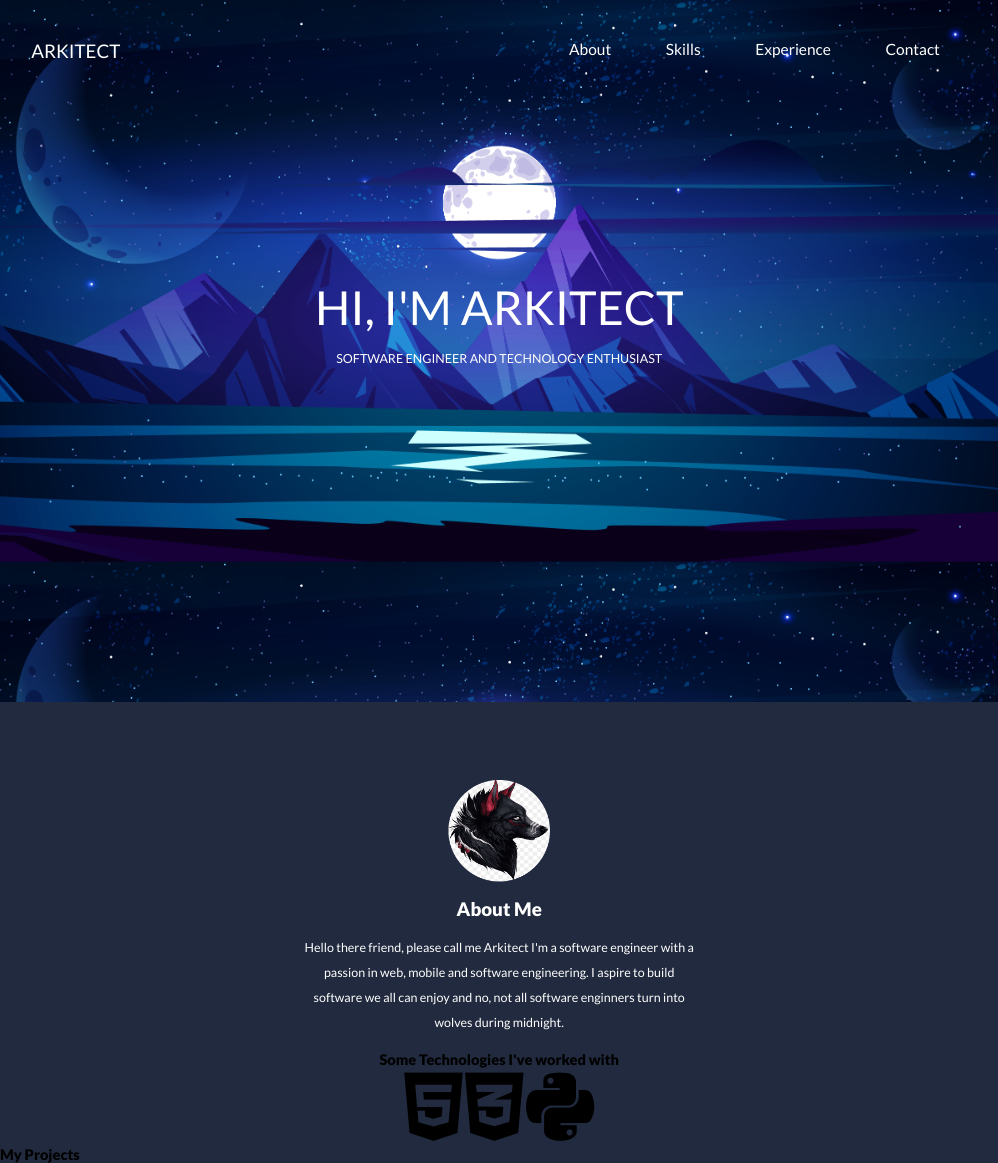
Repository: Arkitecth/personal-site
Page: index.html
An editor plug-in stored every save of this project. The page is shown before and after the next save, followed by the edit.
The browser window is 1280 px wide. The pictures show the whole page, at 78% of full size.
Backgrounds fixed to the window are drawn as part of the page.

Above is the page before, as saved 2023-06-17 18:19:44.

### index.html
<!DOCTYPE html>
<html lang="en">

<head>
    <meta charset="UTF-8">
    <meta http-equiv="X-UA-Compatible" content="IE=edge">
    <meta name="viewport" content="width=device-width, initial-scale=1.0">
    <link rel="preconnect" href="https://fonts.googleapis.com">
    <link rel="preconnect" href="https://fonts.gstatic.com" crossorigin>
    <link href="https://fonts.googleapis.com/css2?family=Lato:wght@300;400;900&display=swap" rel="stylesheet">
    <link rel="stylesheet" href="https://cdnjs.cloudflare.com/ajax/libs/font-awesome/6.4.0/css/all.min.css" integrity="sha512-iecdLmaskl7CVkqkXNQ/ZH/XLlvWZOJyj7Yy7tcenmpD1ypASozpmT/E0iPtmFIB46ZmdtAc9eNBvH0H/ZpiBw==" crossorigin="anonymous" referrerpolicy="no-referrer" />

    <link rel="stylesheet" href="styles.css">
    <title>Arkitect</title>
</head>

<body>
    <!-- Header -->
    <section id="title">
        <nav class="container">
            <a href="#" class="logo">Arkitect</a>
            <ul>
                <li><a href="#about">About </a></li>
                <li><a href="#">Skills </a></li>
                <li><a href="#">Experience </a></li>
                <li><a href="#">Contact</a></li>
            </ul>
        </nav>
        <div class="intro">
            <h1>Hi, I'm Arkitect</h1>
            <p>Software Engineer and Technology Enthusiast</p>
        </div>
    </section>

    <section id="about">
        <div class="about-page">
            <img class="profile-img" src="images/wolf-avatar.png" alt="wolf-avatar">
            <h2>About Me</h2>
            <p>Hello there friend, please call me Arkitect I'm a software engineer with a passion in web, mobile and
                software engineering.
                I aspire to build software we all can enjoy and no, not all software enginners turn into wolves during
                midnight.</p>
            </p>
        </div>
    </section>

    <section id="skills" class="container">
        <h3>Some Technologies I've worked with </h3>
        <div class="skill-section">
            <i class="fa-brands fa-html5"></i>
            <i class="fa-brands fa-css3-alt"></i>
            <i class="fa-brands fa-python"></i>

        </div>

    </section>

    <section id="projects">
        <h3>My Projects </h3>
    </section>

    <section id="contact">

    </section>
</body>

</html>




<!--

<a href="https://www.freepik.com/free-vector/night-ocean-landscape-full-moon-stars-shine_17740155.htm#query=night%20sky&position=1&from_view=search&track=ais">Image by upklyak</a> on Freepik -->

### styles.css

* {
    margin: 0;
    padding: 0;
}

body {
    font-family: 'Lato', sans-serif;
    background-color: #212A3E
}

.container {
    max-width: 1200px;
    margin: 0 auto;
}



a {
    text-decoration: none;
    color: #fff;
}
#title {
    background: url(images/night_sky.jpg);
    background-attachment: fixed;
    background-size: cover;
    background-position: center;
    background-repeat: no-repeat;
    text-align: center;
    height: 900px;
}

nav {
    display: flex;
    flex-direction: row;
    align-content: center;
    justify-content: space-between;
    padding-top: 50px;
    font-size: 1.24rem;
}

nav ul {
    display: flex;
    list-style-type: none;
    flex-wrap: wrap;
}

nav ul li {
    padding: 0 30px;
}

nav ul li a {
    padding: 5px;
}


.logo {
    font-size: 1.5rem;
    text-transform: uppercase;
}




nav ul li a:active,
nav ul li a:hover {
    background: #fff;
    color: #2b1055;
    border-radius: 10%;
}


.intro {
    display: flex;
    flex-direction: column;
    justify-content: flex-end;
    align-items: center;
    padding-top: 30px;
    height: 50vh;
    color: #fff;
    text-transform: uppercase;
}



.intro > h1 {
    font-size: 60px;
    margin-bottom: 20px;
    font-weight: normal;
}


/* About Section */
.about-page {
    display: flex;
    align-items: center;
    flex-direction: column;
}

.profile-img {
    height: 130px;
    width: 130px;
    margin-top: 100px;
}

.about-page > p {
    width: 500px;
    font-size: 16px;
    color: white;
    margin-top: 20px;
    line-height: 2;
    text-align: center;
}
.about-page > h2 {
    color: white;
    margin-top: 20px;
    text-align: center;
}


/* Skill Section */
i {
    font-size: 100px;
}

#skills{
    text-align: center;
}

After the next save:
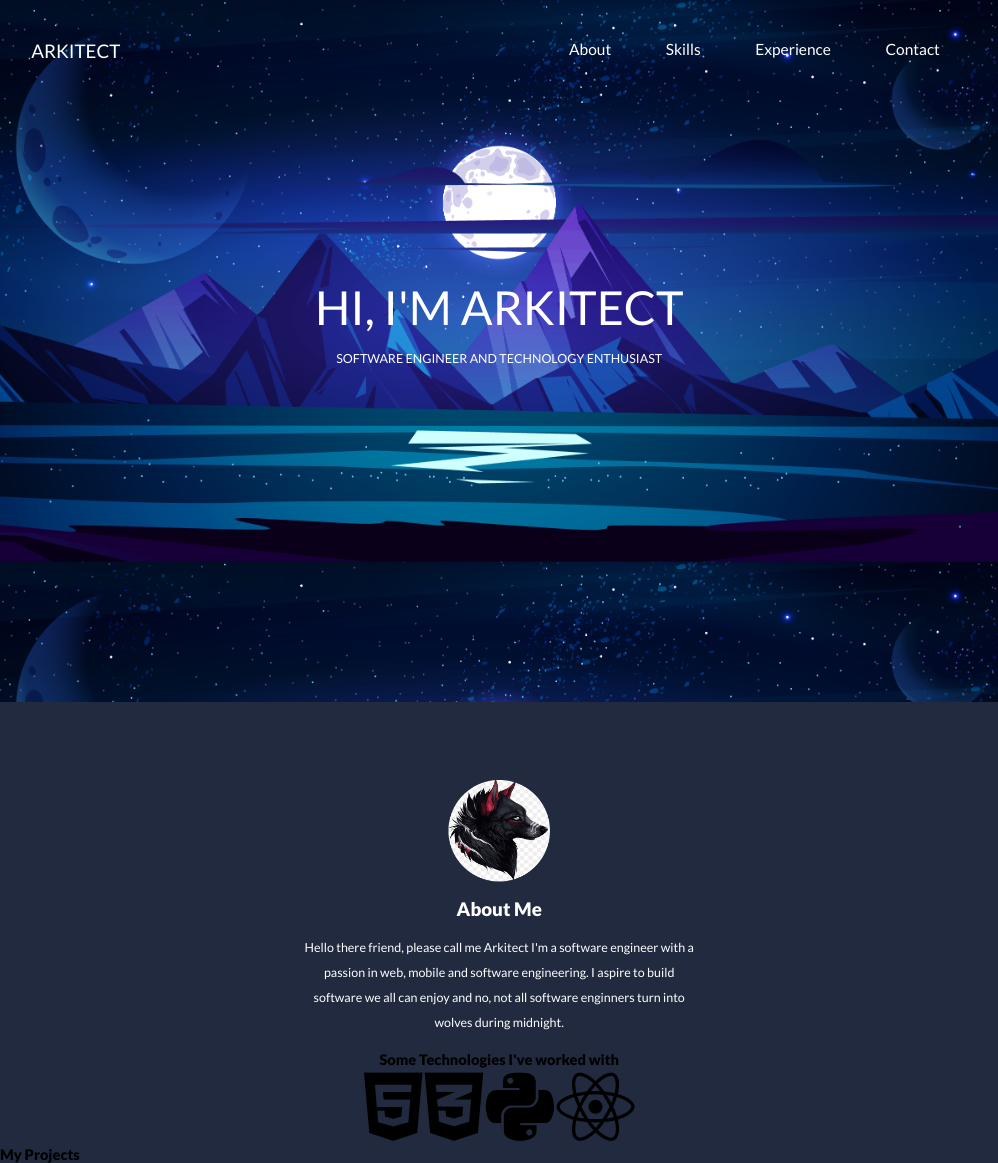
Saved 38 s later.
--- a/index.html
+++ b/index.html
@@ -50,6 +50,7 @@
             <i class="fa-brands fa-html5"></i>
             <i class="fa-brands fa-css3-alt"></i>
             <i class="fa-brands fa-python"></i>
+            <i class="fa-brands fa-react"></i>
 
         </div>
 
